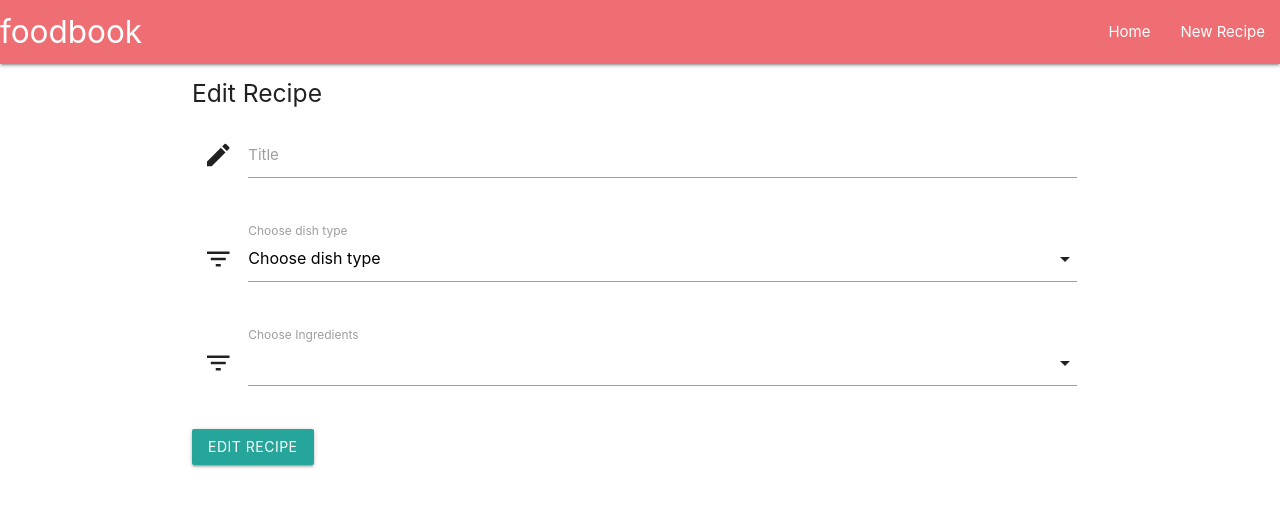
Repository: neillarkin/atari-app
Page: templates/edit_recipe.html
The author's editor kept a record of every edit. The page is drawn from the files as they stood at one moment, then again after the next edit.
The browser window is 1280 px wide. The pictures show the whole page.
The page is served by the project's application, run on Flask 3 (run.py). The template is opened directly, without the code that normally fills it, so the values that code supplies are empty.

Above is the page before.

### templates/edit_recipe.html
{% extends 'base.html' %} {% block content %}

<h5>Edit Recipe</h5>
<div class="row">
  <form action="{{ url_for('create_recipe') }}" method="POST" class="col s12">

    <div class="row">
      <div class="input-field col s12">
        <i class="material-icons prefix">create</i>
        <input id="input_text" name="recipe_name" type="text" data-length="20" class="validate" value={{recipe.recipe_name}}>
        <label for="input_text">Title</label>
      </div>
    </div>

    <div class="row">
      <div class="input-field col s12">
        <i class="material-icons prefix">filter_list</i>
        <select id="category" name="category_name">
              <option value="" disabled selected>Choose dish type</option>
              {% for cat in categories %}
                    {% if cat.category_name == recipe.category_name%}
                    <option value="{{cat.category_name}}" selected>{{cat.category_name}}</option>
                    {% else %}
                    <option value="{{cat.category_name}}" >{{cat.category_name}}</option>
                {% endif %}
              {% endfor %}
            </select>
        <label>Choose dish type</label>
      </div>
    </div>

    <div class="row">
      <div class="input-field col s12">
        <i class="material-icons prefix">filter_list</i>
        <select id="ingredient" name="ingredient_name" multiple>
          <!--<option value="" disabled selected>Choose ingedients</option>-->
          {% for item in ingredients %}
              {% if item.ingredient_name in recipe.ingredients %}
                <option value="{{item.ingredient_name}}" selected>{{item.ingredient_name}}</option>
                {% else %}
                <option value="{{item.ingredient_name}}">{{item.ingredient_name}}</option>
                {% endif %}
           {% endfor %}
        </select>
        <label>Choose Ingredients</label>
      </div>
    </div>


    <div class="row">
      <button class="btn waves-effect waves-light" type="submit">Edit Recipe</button>
    </div>
  </form>

</div>
{% endblock %}

### templates/base.html
<!DOCTYPE html>
<html>

<head>
    <link rel="stylesheet" href="https://fonts.googleapis.com/icon?family=Material+Icons">
    <link rel="stylesheet" href="https://cdnjs.cloudflare.com/ajax/libs/materialize/1.0.0/css/materialize.min.css">
    <link rel=stylesheet href="/static/css/style.css">

    <!--<link rel="stylesheet" href="https://cdnjs.cloudflare.com/ajax/libs/materialize/0.100.2/css/materialize.min.css">-->
</head>

<body>
    <header>
        <nav>
            <div class="nav-wrapper">
                <a href="{{url_for('get_recipes')}}" class="brand-logo">foodbook</a>
                <a href="#" data-target="mobile-demo" class="sidenav-trigger"><i class="material-icons">menu</i></a>
                <ul class="right hide-on-med-and-down">
                    <li><a href="{{url_for('get_recipes')}}">Home</a></li>
                    <li><a href="{{url_for('add_recipe')}}">New Recipe</a></li>
                </ul>
                <ul class="sidenav" id="mobile-demo">
                    <li><a href="{{url_for('get_recipes')}}">Home</a></li>
                    <li><a href="{{url_for('add_recipe')}}">New Recipe</a></li>
                </ul>
            </div>
        </nav>
    </header>
    <div class="container">
        {% block content %} {% endblock %}
    </div>

    <script src="https://code.jquery.com/jquery-3.4.1.min.js" integrity="sha256-CSXorXvZcTkaix6Yvo6HppcZGetbYMGWSFlBw8HfCJo=" crossorigin="anonymous"></script>
    <script src="https://cdnjs.cloudflare.com/ajax/libs/materialize/1.0.0/js/materialize.min.js"></script>
    <script>
        $(document).ready(function() {
            $('.collapsible').collapsible();
            $('input#input_text, textarea#textarea2').characterCounter();
            $('select').formSelect();
            $('.sidenav').sidenav();
            //   $('select').material_select();
        });
    </script>
</body>

</html>

### run.py
import os
from flask import Flask, render_template, redirect, request, url_for
from flask_pymongo import PyMongo
from bson.objectid import ObjectId
from bson.objectid import ObjectId

app = Flask(__name__)

app.config["MONGO_DBNAME"] = 'recipe_db'
app.config['MONGO_URI'] = 'mongodb+srv://root:r00tUser@myfirstcluster-tbkzy.mongodb.net/recipe_db?retryWrites=true&w=majority'


mongo = PyMongo(app) #constructor method

#route decorator is a URL that redirects to a Python function
@app.route('/')
@app.route('/get_recipes')
def get_recipes():
    return render_template("recipes.html", recipes=mongo.db.recipes.find())



@app.route('/add_recipe')
def add_recipe():
    return render_template('add_recipe.html',
    ingredients=mongo.db.ingredients.find(),
    categories=mongo.db.categories.find())


@app.route('/create_recipe', methods=['POST'])
def create_recipe():
    recipes = mongo.db.recipes
    recipe_name = request.form.get('recipe_name')
    category_name = request.form.get('category_name')
    ingredient_list = request.form.getlist('ingredient_name')
    recipes.insert_one({
    'recipe_name': recipe_name,
    'category_name': category_name,
    'ingredients' : ingredient_list})
    return render_template("recipes.html", recipes=mongo.db.recipes.find())
    # return redirect(url_for('get_recipes'))

# recipes.insert_one(request.form.to_dict())
# request.form.getlist('ingredient_name')

@app.route('/edit_recipe/<recipe_id>')
def edit_recipe(recipe_id):
    the_recipe = mongo.db.recipes.find_one({"_id": ObjectId(recipe_id)})
    all_ingredients = mongo.db.ingredients.find()
    all_categories = mongo.db.categories.find()
    return render_template('edit_recipe.html', recipe=the_recipe, ingredients=all_ingredients, categories=all_categories)

@app.route('/update/<recipe_id>', methods=["POST"])
def update_recipe(recipe_id):
    recipes = mongo.db.recipes
    recipes.update( {'_id': ObjectId(recipe_id)},
    {
        'recipe_name':request.form.get('recipe_name'),
        'category_name':request.form.get('category_name'),
        'ingredient_name': request.form.get('ingredient_name')
     })
    return render_template("recipes.html", recipes=mongo.db.recipes.find())
    # return redirect(url_for('get_recipes'))


if __name__ == '__main__':
    app.run(host=os.environ.get('IP'),
            port=int(os.environ.get('PORT')),
            debug=True)

### static/css/style.css
.btn_small{
    height:24px;
    width:60px;
    line-height: 24px;
    margin: 5px;
    padding: 0 0.5em;
}

.recipe_header{
    margin-top: 5px;

}

After the next edit:
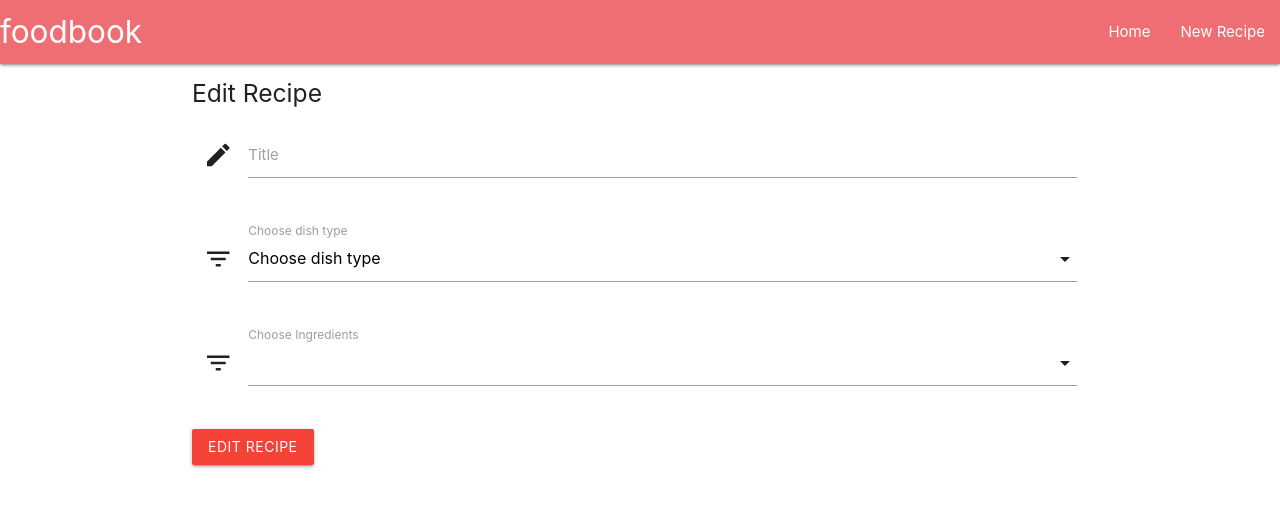
The edit:
--- a/templates/edit_recipe.html
+++ b/templates/edit_recipe.html
@@ -48,7 +48,7 @@
 
 
     <div class="row">
-      <button class="btn waves-effect waves-light" type="submit">Edit Recipe</button>
+      <button class="btn waves-effect waves-light red" type="submit">Edit Recipe</button>
     </div>
   </form>
 
